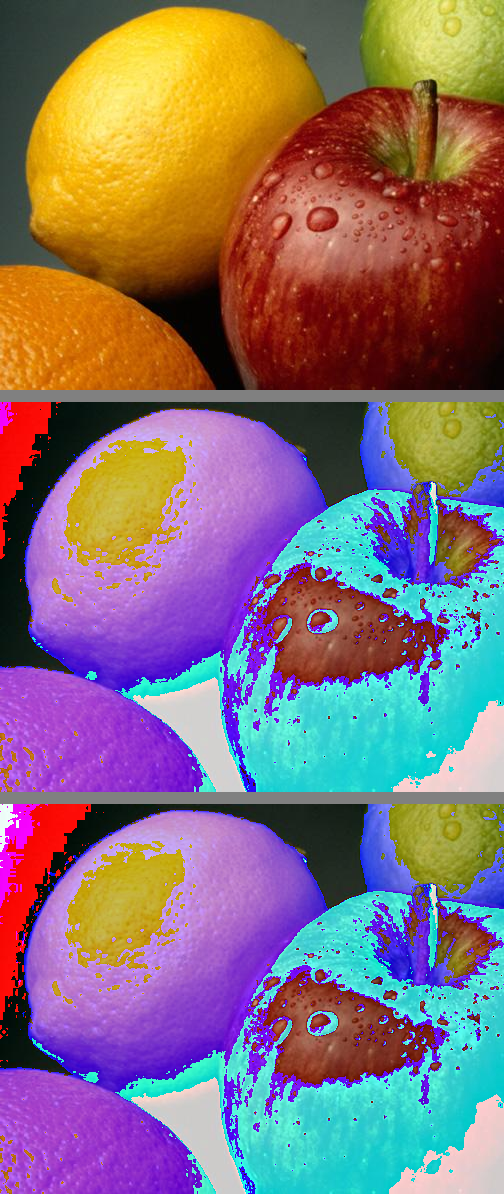
Repository: Dapravith/I5-GIC-Image-Processing
Script's output: python ROTHA_Dapravith_e20190915_TP5.py
An editor plug-in stored every save of this project. The script's output is shown before and after the next save, followed by the edit.
Each picture stacks the figures in order, with grey between them; figures that are only written to a file come last. Random numbers start from a fixed seed. It also reads images/fruit3.jpg.

Above is the script's output before, as saved 2024-01-18 10:02:12.

After the next save:
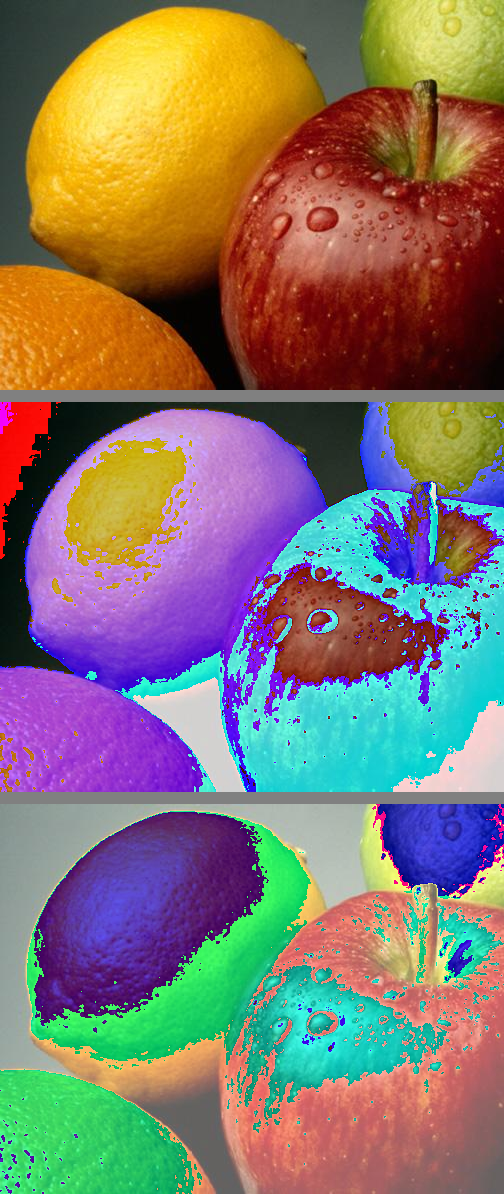
Saved 2 min 15 s later.
--- a/ROTHA_Dapravith_e20190915_TP5.py
+++ b/ROTHA_Dapravith_e20190915_TP5.py
@@ -26,7 +26,7 @@ def darkness():
 
 def brightness():
     brightness= np.copy(img)
-    modify_value= 200
+    modify_value= 95
     for x in range(len(img)):
         for y in range(len(img[x])):
             #Operation
